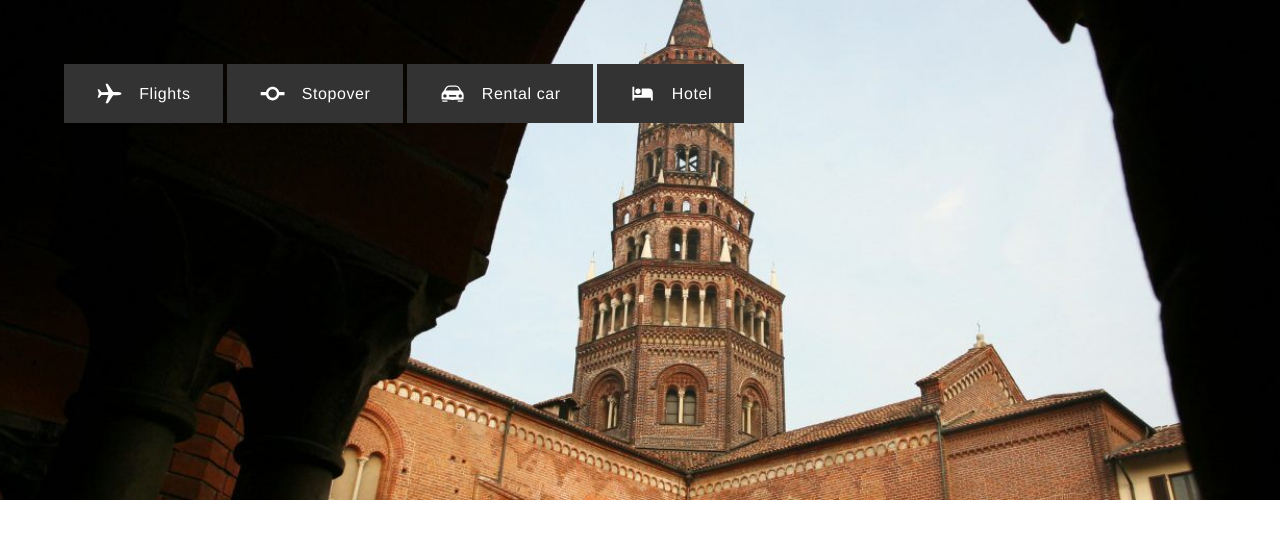
Repository: guidogr95/Everymundo-Excercise
Page: /
The author's editor kept a copy of each file at every save. The page is drawn from the files as they stood at one save, then again after the next save.
The browser window is 1280 px wide. The pictures show the whole page.
The project was rebuilt for these pictures with package versions that can differ from the ones it lists, and the page was loaded fresh each time.

Above is the page before, as saved 2021-06-30 21:25:50.

### src/App.js
import 'antd/dist/antd.css';
import './app.scss';
// components
import BookingMask from 'src/components/BookingMask'

function App() {
  return (
    <div className="App">
      <div className="flightmanager-container container" >
        <BookingMask />
      </div>
    </div>
  );
}

export default App;

### src/app.scss
@import 'styles/global';

.App {
  .container {
    width: $desktop-maxwidth;
    max-width: 100%;
  }
  .flightmanager-container {
    background: url('./assets/images/bg.jpg');
    background-size: cover;
    background-position: center;
    min-height: 500px;
    margin: auto;
    padding: 4rem;
  }
}

### src/components/BookingMask/index.jsx
import React, { useState } from 'react'
// styles
import './bookingmask.scss'
// assets
import { IoIosAirplane, IoMdGitCommit, IoIosCar, IoMdBed } from 'react-icons/io'
// components
// import Empty from 'empty'

const BookingMask = () => {
  const tabs = [
    {
      name: 'Flights',
      icon: <IoIosAirplane />,
      // component: <Empty />
    },
    {
      name: 'Stopover',
      icon: <IoMdGitCommit />,
      // component: <Empty />
    },
    {
      name: 'Rental car',
      icon: <IoIosCar />,
      // component: <Empty />
    },
    {
      name: 'Hotel',
      icon: <IoMdBed />,
      // component: <Empty />
    }
  ]

  const [activeTab, setActiveTab] = useState(tabs[0].name)
  const handleTab = name => setActiveTab(name)

  return (
    <section className="bookingmask" >
      <ul className="bookingmask__nav" >
        {tabs.map(tab =>
          <button
            className={activeTab === tab.name ? 'active' : ''}
            onClick={() => handleTab(tab.name)}
          >
            {tab.icon}<span>{tab.name}</span>
          </button>
        )}
      </ul>
    </section>
  )
}

export default BookingMask

### src/styles/_global.scss
@import 'variables';
@import 'mixins';

html,
body {
  position: relative;
  padding: 0;
  margin: 0;
  font-family: $font-family;
  -webkit-text-size-adjust: 100%;
  -webkit-font-smoothing: auto;
  -moz-font-smoothing: auto;
  -moz-osx-font-smoothing: auto;
}
* {
  box-sizing: border-box;
}
ul {
  margin: 0;
  padding: 0;
}
button {
  border: none;
  cursor: pointer;
}

### src/styles/_variables.scss
// measurements
$desktop-maxwidth: 90rem;
// colors
$color-red: #c00;
$color-gray: #333333;
$color-white: #fff;
// fonts
// font-family
$font-family: SwissText,Helvetica,Arial,sans-serif,LufthansaMamSymbolText;
// font-weight
$font-weight-medium: 700;
$font-weight-small: 300;
// font-size
$font-size-normal: 1rem;
$font-size-large: 1.7rem;
// line height
$line-height-medium: 2.2rem;
// letter spacing
$letter-spacing-small: .6px;

### src/styles/_mixins.scss
// MIXINS
@mixin breakpoint($point) {
  @media (max-width: $point) {
    @content;
  }
}

### src/components/BookingMask/bookingmask.scss
@import '/src/styles/variables';
.bookingmask {
  &__nav {
    list-style: none;
    button {
      &:not(:first-of-type) {
        margin-left: .25rem;
      }
      color: $color-white;
      background: $color-gray;
      padding: 1rem 2rem;
      display: inline-flex;
      align-items: center;
      font-size: $font-size-normal;
      font-weight: $font-weight-small;
      letter-spacing: $letter-spacing-small;
      svg {
        margin-right: 1rem;
        font-size: $font-size-large;
      }
    }
  }
}

Loaded but not shown: public/index.html (common file); src/index.js (common file); src/reportWebVitals.js (common file)

After the next save:
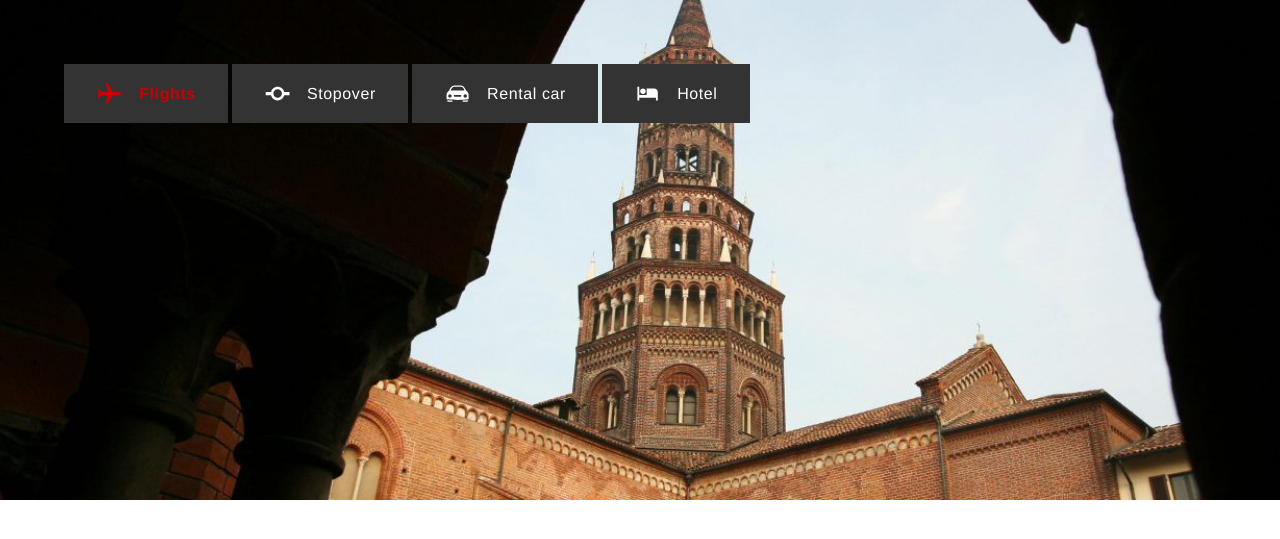
Saved 25 s later.
--- a/src/components/BookingMask/bookingmask.scss
+++ b/src/components/BookingMask/bookingmask.scss
@@ -14,6 +14,10 @@
       font-size: $font-size-normal;
       font-weight: $font-weight-small;
       letter-spacing: $letter-spacing-small;
+      &.active {
+        color: $color-red;
+        font-weight: $font-weight-medium;
+      }
       svg {
         margin-right: 1rem;
         font-size: $font-size-large;
